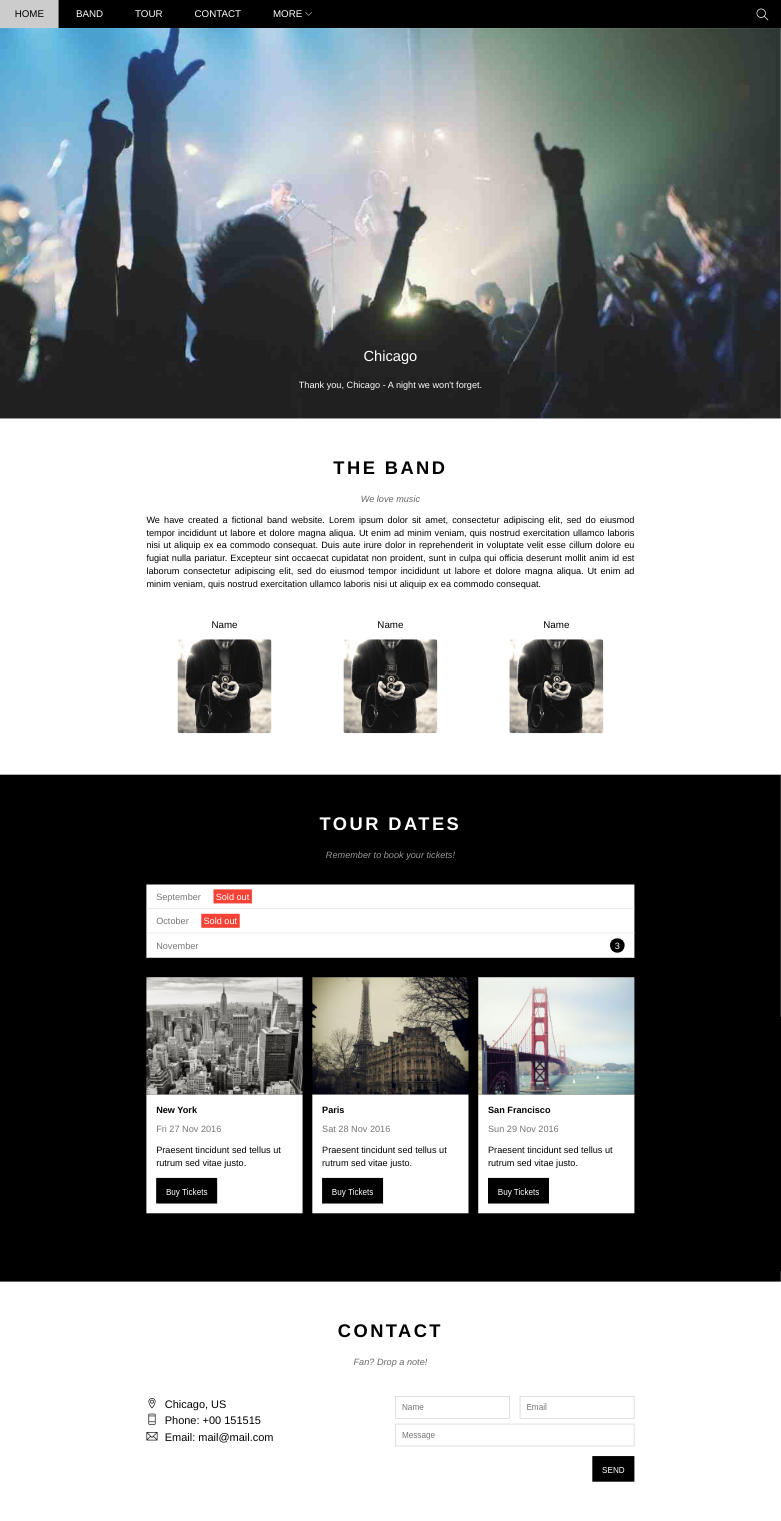
Repository: phongngotrong/w3school_reup
Page: index.html
An editor plug-in stored every save of this project. The page is shown before and after the next save, followed by the edit.
The browser window is 1280 px wide. The pictures show the whole page, at 61% of full size.

Above is the page before, as saved 2021-12-24 10:19:47.

### index.html
<!DOCTYPE html>
<html lang="en">
  <head>
    <meta charset="UTF-8" />
    <meta http-equiv="X-UA-Compatible" content="IE=edge" />
    <meta name="viewport" content="width=device-width, initial-scale=1.0" />
    <title>W3.CSS Template</title>
    <link rel="stylesheet" href="./assets/css/style.css" />
    <link rel="stylesheet" href="./assets/fonts/themify-icons/themify-icons.css">
  </head>
  <body>
    <div id="main">
      <div id="header">
        <!--Begin: Nav-->
        <ul id="nav">
          <li><a href="">Home</a></li>
          <li><a href="">Band</a></li>
          <li><a href="">Tour</a></li>
          <li><a href="">Contact</a></li>
          <li>
            <a href="">
              More
              <i class="nav-arrow-down ti-angle-down"></i>
            </a>
            <ul class="subnav">
              <ul>
                <li><a href="">Merchandise</a></li>
                <li><a href="">Extras</a></li>
                <li><a href="">Media</a></li>
              </ul>
            </ul>
          </li>
        </ul>
        <!--End: Nav-->

        <!--Begin: Search-->
        <div class="search-btn">
          <i class="search-icon ti-search"></i>
        </div>
        <!--End: Search-->
      </div>

      <div id="slider">
        <div class="text-content">
          <h2 class="text-heading">Chicago</h2>
          <div class="text-description">
            Thank you, Chicago - A night we won't forget.
          </div>
        </div>
      </div>

      <div id="content">
        <!--content section-->
        <div class="content-section">
          <h2 class="section-heading">THE BAND</h2>
          <p class="section-sub-heading">We love music</p>
          <p class="about-text">
            We have created a fictional band website. Lorem ipsum dolor sit
            amet, consectetur adipiscing elit, sed do eiusmod tempor incididunt
            ut labore et dolore magna aliqua. Ut enim ad minim veniam, quis
            nostrud exercitation ullamco laboris nisi ut aliquip ex ea commodo
            consequat. Duis aute irure dolor in reprehenderit in voluptate velit
            esse cillum dolore eu fugiat nulla pariatur. Excepteur sint occaecat
            cupidatat non proident, sunt in culpa qui officia deserunt mollit
            anim id est laborum consectetur adipiscing elit, sed do eiusmod
            tempor incididunt ut labore et dolore magna aliqua. Ut enim ad minim
            veniam, quis nostrud exercitation ullamco laboris nisi ut aliquip ex
            ea commodo consequat.
          </p>
          <div class="row list-member">
            <!--member1-->
            <div class="col col-third text-center">
              <p class="member-name">Name</p>
              <img
                src="./assets/img/member.jpg"
                alt="Name"
                class="avt-member"
              />
            </div>

            <!--member2-->
            <div class="col col-third text-center">
              <div class="member-name">Name</div>
              <img
                src="./assets/img/member.jpg"
                alt="Name"
                class="avt-member"
              />
            </div>
            <!--member3-->

            <div class="col col-third text-center">
              <div class="member-name">Name</div>
              <img
                src="./assets/img/member.jpg"
                alt="Name"
                class="avt-member"
              />
            </div>
            <!-- <div class="clear"></div> -->
          </div>
        </div>
        <!--tour section-->
        <div class="tour-section">
          <div class="content-section">
            <h2 class="section-heading text-white">TOUR DATES</h2>
            <p class="section-sub-heading text-white">
              Remember to book your tickets!
            </p>
            <!-- tickets -->
            <ul class="tickets-list">
              <li>September <span class="sold-out">Sold out</span></li>
              <li>October <span class="sold-out">Sold out</span></li>
              <li>November <span class="quantity">3</span></li>
            </ul>
            <div class="row places-list">
              <!-- place1 -->
              <div class="col col-third">
                <img
                  src="./assets/img/newyork.jpg"
                  alt="New York"
                  class="place-img"
                />
                <div class="places-body">
                  <h3 class="places-heading">New York</h3>
                  <p class="places-time">Fri 27 Nov 2016</p>
                  <p class="place-description">
                    Praesent tincidunt sed tellus ut rutrum sed vitae justo.
                  </p>
                  <button class="btn js-buy-ticket">Buy Tickets</button>
                </div>
              </div>
              <!-- place2 -->

              <div class="col col-third">
                <img
                  src="./assets/img/paris.jpg"
                  alt="New York"
                  class="place-img"
                />
                <div class="places-body">
                  <h3 class="places-heading">Paris</h3>
                  <p class="places-time">Sat 28 Nov 2016</p>
                  <p class="place-description">
                    Praesent tincidunt sed tellus ut rutrum sed vitae justo.
                  </p>
                  <button class="btn js-buy-ticket">Buy Tickets</button>
                </div>
              </div>
              <!-- place3 -->

              <div class="col col-third">
                <img
                  src="./assets/img/sanfran.jpg"
                  alt="New York"
                  class="place-img"
                />
                <div class="places-body">
                  <h3 class="places-heading">San Francisco</h3>
                  <p class="places-time">Sun 29 Nov 2016</p>
                  <p class="place-description">
                    Praesent tincidunt sed tellus ut rutrum sed vitae justo.
                  </p>
                  <button class="btn js-buy-ticket">Buy Tickets</button>
                </div>
              </div>
              <!-- <div class="clear"></div> -->
            </div>
          </div>
        </div>

        <!--contact section-->
        <div class="content-section">
          <h2 class="section-heading">CONTACT</h2>
          <p class="section-sub-heading">Fan? Drop a note!</p>

          <div class="row contact-content">
            <div class="col col-half contact-info">
              <p><i class="ti-location-pin"></i>Chicago, US</p>
              <p><i class="ti-mobile"></i>Phone: +00 151515</p>
              <p><i class="ti-email"></i>Email: mail@mail.com</p>
            </div>
            <div class="col col-half contact-form">
              <form action="">
                <div class="row">
                  <div class="col col-half">
                      <input type="text" name="" required placeholder="Name" id="" class="form-control">
                  </div>
                  <div class="col col-half">
                    <input type="email" name="" required placeholder="Email" id="" class="form-control">
                </div>
                </div>
                <div class="row mt-8">
                  <div class="col col-full">
                    <input type="text" name="" required placeholder="Message" id="" class="form-control">
                </div>
                </div>
                <input class="btn pull-right mt-16" type="submit" value="SEND">
              </form>
            </div>
          </div>
        </div>
      </div>

      <div id="footer"></div>
    </div>

    <div class="modal js-modal">
      <div class="modal-container js-modal-container">
        <div class="modal-close js-modal-close">
          <i class="ti-close"></i>
        </div>
        <header class="modal-header">
          <i class="icon-ti-bag-header ti-bag"></i>
          Tickets
        </header>

        <div class="modal-body">
          <label for="tickets-quantity" class="modal-label">
            <i class="ti-shopping-cart"></i>
            Tickets, $15 per person
          </label>
          <input
            id="tickets-quantity"
            type="text"
            class="modal-input"
            placeholder="How many?"
          />

          <label for="tickets-email" class="modal-label">
            <i class="ti-user"></i>
            Send To
          </label>
          <input
            id="tickets-email"
            type="email"
            class="modal-input"
            placeholder="Enter email "
          />

          <button id="buy-tickets">
            PAY<i class="icon-ti-check-footer ti-check"></i>
          </button>
        </div>

        <footer class="modal-footer">
          <p class="modal-help">Need <a href="">help?</a></p>
        </footer>
      </div>
    </div>

    <script>
      const buyBtns = document.querySelectorAll('.js-buy-ticket')
      const modal = document.querySelector('.js-modal')
      const modalContainer = document.querySelector('.js-modal-container')
      const modalClose = document.querySelector('.js-modal-close')

      // hàm hiển thị modal mua vé(thêm class open vào modal)
      function showBuyTickets() {
        modal.classList.add('open')
      }

      // hàm ẩn modal mua vé(gỡ bỏ class open của modal)
      function hideBuyTickets() {
        modal.classList.remove('open')
      }

      // lặp qua từng thẻ button và nghe hành vi click
      for(const buyBtn of buyBtns) {
        buyBtn.addEventListener('click', showBuyTickets)
      }

      // nghe hành vi click vào button close
      modalClose.addEventListener('click', hideBuyTickets)

      modal.addEventListener('click', hideBuyTickets)

      modalContainer.addEventListener('click', function(event){
        event.stopPropagation()
      })

    </script>
  </body>
</html>

### assets/css/style.css
/* Reset CSS */

* {
  padding: 0;
  margin: 0;
  box-sizing: border-box;
}

html {
  font-family: Helvetica, Arial, sans-serif;
}
/*
  -Từ trên xuống dưới
  -Từ ngoài vào trong
  -Tổng quan đến chi tiết
  */

/*
  1. Vi tri
  2. Kich thuoc
  3. Mau sac
  4. Kieu dang (kieu chu, hinh tron, vuong...)
  */

/* Common */
.text-center {
  text-align: center !important;
}

.row {
  margin-left: -8px;
  margin-right: -8px;
}

/* Tạo element giả */
.row::after {
  content: "";
  display: block;
  clear: both;
}
/*.................*/

.col {
  float: left;
  padding-left: 8px;
  padding-right: 8px;
}

.col-full {
  width: 100%;
}

.col-half {
  width: 50%;
}

.col-third {
  width: 33.33333%;
}

.pull-right {
  float: right;
}

.btn {
  background-color: #000;
  color: #fff;
  text-decoration: none;
  display: inline-block;
  padding: 11px 16px;
  margin-top: 15px;
  padding-top: 16px;
  cursor: pointer;
  border: none;
}

.btn:hover {
  background-color: #ccc;
  color: #000;
}

.mt-8 {
  margin-top: 8px !important;
}

.mt-16 {
  margin-top: 16px !important;
}

.clear {
  clear: both;
}

/* .row::after {
    clear: both;
    display: block;
    content: "";
  } */

.text-white {
  color: #fff !important;
}

/* Main */
#main {
}

#header {
  position: fixed;
  top: 0;
  left: 0;
  right: 0;
  height: 46px;
  background-color: #000;
  z-index: 1;
}

#nav {
  display: inline-block;
}

li {
  list-style-type: none;
}

#nav > li {
  display: inline-block;
}

#nav li {
  position: relative;
}

#nav > li > a {
  color: #fff;
  text-transform: uppercase;
}

#nav li a {
  text-decoration: none;
  line-height: 46px;
  padding: 0 24px;
  display: block;
}

#nav li:hover .subnav {
  display: block;
}

#nav > li:hover > a,
#nav .subnav li:hover a {
  color: #000;
  background-color: #ccc;
}

#nav .subnav {
  display: none;
  min-width: 160px;
  position: absolute;
  background-color: #fff;
  box-shadow: 0 0 10px rgba(0, 0, 0, 0.3);
}

#nav .subnav a {
  color: #000;
  padding: 0 12px;
  line-height: 38px;
}

#nav .nav-arrow-down {
  font-size: 12px;
}

#header .search-btn {
  float: right;
  padding: 0 20px;
  cursor: pointer;
}

#header .search-btn:hover {
  background-color: #f44336;
}

#header .search-icon {
  color: #fff;
  font-size: 20px;
  line-height: 46px;
}

#slider {
  position: relative;
  margin-top: 46px;
  padding-top: 50%;
  background: url("/assets/img/slider.jpg") top center / cover no-repeat;
}

#slider .text-content {
  position: absolute;
  bottom: 47px;
  color: #fff;
  width: 100%;
  text-align: center;
}

#slider .text-heading {
  font-weight: 500;
  font-size: 24px;
}

#slider .text-description {
  font-size: 15px;
  margin-top: 25px;
}

#content {
}

#content .content-section {
  width: 800px;
  padding: 64px 0;
  margin-right: auto;
  margin-left: auto;
}

#content .section-heading {
  text-align: center;
  font-size: 30px;
  letter-spacing: 4px;
}

#content .section-sub-heading {
  font-size: 15px;
  text-align: center;
  margin-top: 25px;
  font-style: italic;
  opacity: 0.6;
}

#content .about-text {
  font-size: 15px;
  margin-top: 15px;
  text-align: justify;
  line-height: 1.4;
}

#content .member-name {
  font-size: 16px;
}

#content .list-member {
  margin-top: 48px;
  /* margin-bottom: 48px;
    overflow: hidden;  */
}

/* #content .item-member {
    float: left;
    width: 33.33333%;
    text-align: center;
  } */

#content .avt-member {
  margin-top: 15px;
  width: 154px;
  border-radius: 4px;
}

/* tour section */
.tour-section {
  background-color: #000;
}
.tickets-list {
  background-color: #fff;
  margin-top: 40px;
  list-style: none;
}

.tickets-list li {
  color: #757575;
  font-size: 15px;
  padding: 11px 16px;
  border-bottom: 1px solid #ddd;
}

.tickets-list .sold-out {
  background-color: #f44336;
  color: #fff;
  padding: 3px 4px;
  margin-left: 16px;
}

.tickets-list .quantity {
  float: right;
  width: 24px;
  height: 24px;
  background-color: #000;
  color: #fff;
  border-radius: 50%;
  line-height: 24px;
  text-align: center;
  margin-top: -3px;
}

/* Places */
.places-list {
  margin-top: 32px;
  margin-bottom: 48px;
}

/* .places-item {
    float: left;
    width: 33.33333%;
    padding: 0 8px;
  } */

.place-img {
  width: 100%;
  display: block;
}

.place-img:hover {
  opacity: 0.6;
}

.places-body {
  padding: 16px;
  font-size: 15px;
  background-color: #fff;
}

.places-heading {
  font-size: 15px;
}

.places-time {
  padding-top: 15px;
  color: #757575;
}

.place-description {
  padding-top: 15px;
  line-height: 1.4;
}

.modal {
  position: fixed;
  top: 0;
  bottom: 0;
  right: 0;
  left: 0;
  background-color: rgba(0, 0, 0, 0.4);
  display: none;
  align-items: center;
  justify-content: center;
}

.modal.open {
  display: flex;
}

.modal-container {
  background-color: #fff;
  width: 900px;
  min-height: 200px;
  position: relative;
  max-width: calc(100% -32px);
  animation: modalFadeIn ease 0.4s;
}

.modal-header {
  background-color: #009688;
  color: #fff;
  height: 130px;
  font-size: 30px;
  display: flex;
  align-items: center;
  justify-content: center;
  letter-spacing: 4px;
}

.modal-close:hover {
  background-color: #ccc;
  color: #000;
}

.modal-close {
  position: absolute;
  right: 0;
  top: 0;
  padding: 16px;
  font-size: 12px;
  color: #fff;
  cursor: pointer;
}

.icon-ti-bag-header {
  margin-right: 16px;
}

.modal-body {
  padding: 16px;
}

.modal-label {
  display: block;
  font-size: 15px;
  margin-bottom: 12px;
}

.modal-input {
  border: 1px solid #ccc;
  width: 100%;
  padding: 10px;
  font-size: 15px;
  margin-bottom: 24px;
}

#buy-tickets:hover {
  background-color: #ccc;
  color: #000;
}

#buy-tickets {
  background-color: #009688;
  width: 100%;
  padding: 18px;
  color: #fff;
  border: none;
  text-transform: uppercase;
  font-size: 15px;
  cursor: pointer;
}

.modal-footer {
  padding: 16px;
  text-align: right;
}

.modal-footer a {
  color: #2196f3;
}

/* Contact */
.contact-content {
  margin-top: 48px;
}

.contact-info {
  font-size: 18px;
  line-height: 1.5;
}

.contact-info i[class*="ti-"] {
  width: 30px;
  display: inline-block;
}

.contact-form {
  font-size: 15px;
}

.contact-form .form-control {
  padding: 10px;
  border: 1px solid #ccc;
  width: 100%;
}

/* .contact-form .form-submit-btn {
  background: #000;
  color: #fff;
  border: 1px solid #000;
  padding: 10px 16px;
  float: right;
} */

/* .form-submit-btn:hover {
  background: #ccc;
  color: #000;
  border: none;
  cursor: pointer;
} */

/* footer section */

#footer {
}

/* Tạo hoạt ảnh  */
@keyframes modalFadeIn {
  from {
    opacity: 0;
    transform: translateY(-140px);
  }
  to {
    opacity: 1;
    transform: translateY(0);
  }
}

Loaded but not shown: assets/fonts/themify-icons/themify-icons.css (common file)

After the next save:
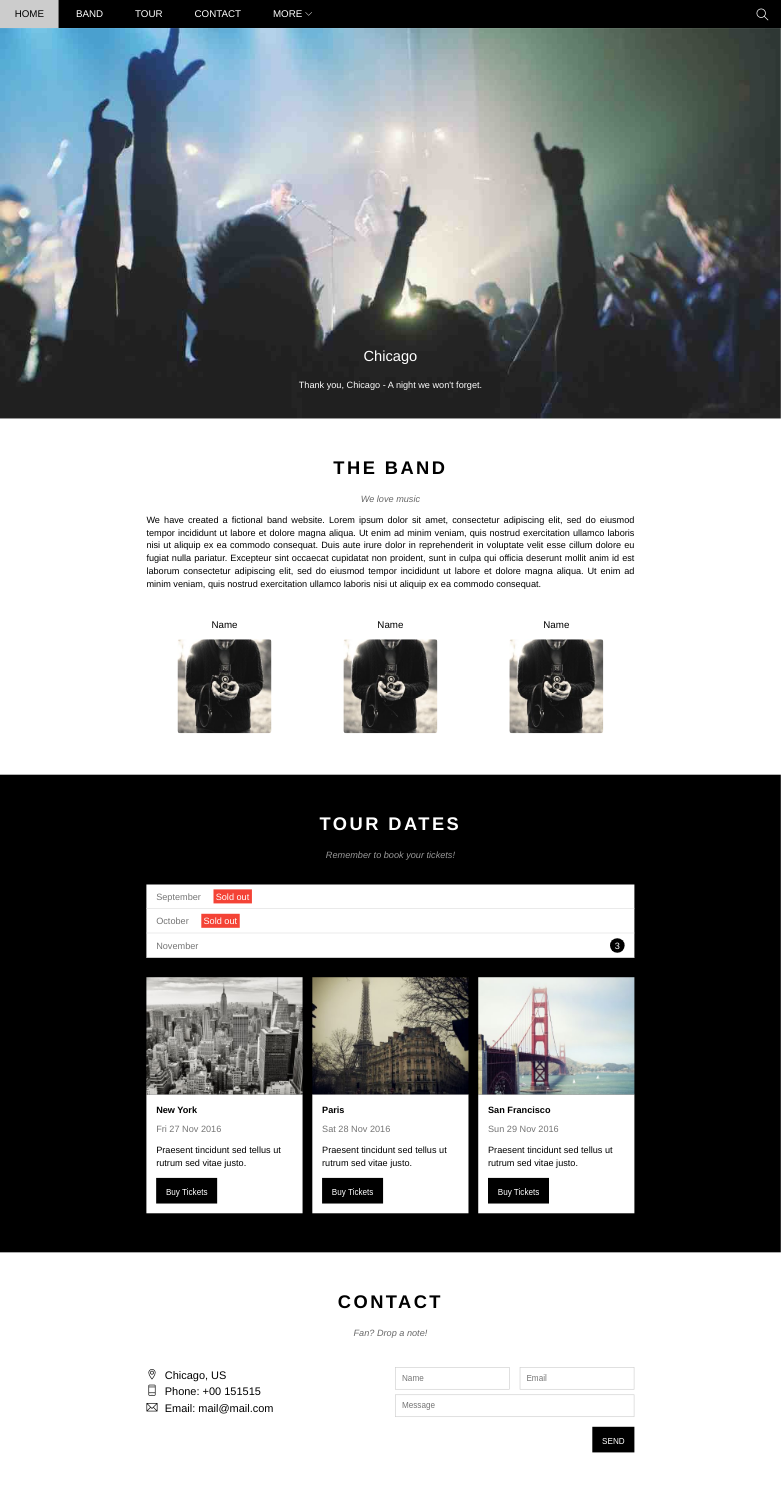
Saved 4 h 11 min later.
--- a/assets/css/style.css
+++ b/assets/css/style.css
@@ -304,7 +304,6 @@
 /* Places */
 .places-list {
   margin-top: 32px;
-  margin-bottom: 48px;
 }
 
 /* .places-item {
